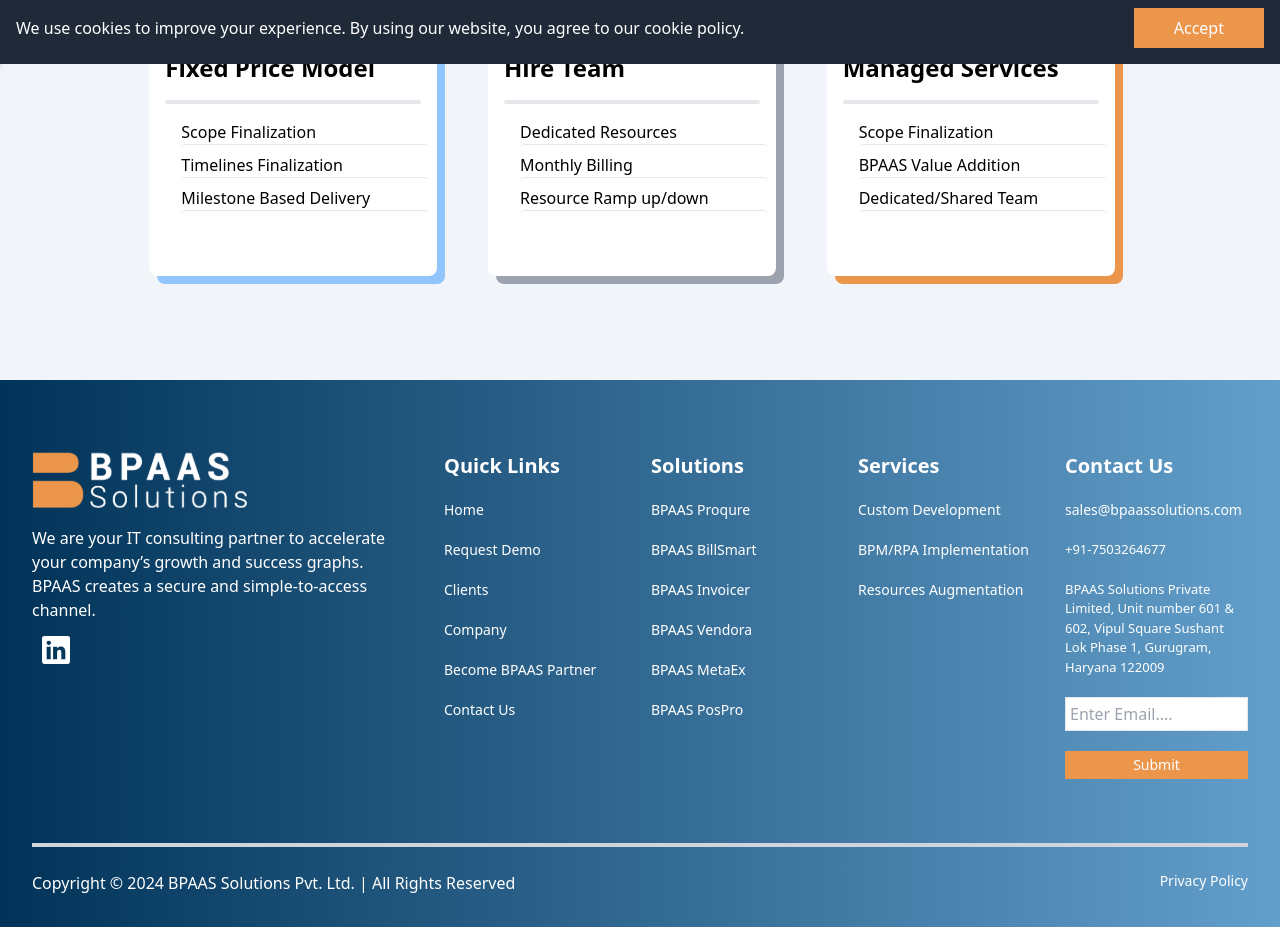
Repository: captainalpha/BP-Website
Page: /services/bp-services
An editor plug-in stored every save of this project. The page is shown before and after the next save, followed by the edit.
The browser window is 1280 px wide. The pictures show the part of the page from y = 656 to 1603 px (the page is 1583 px tall before and 1603 px after).
The project was rebuilt for these pictures with package versions that can differ from the ones it lists, and the page was loaded fresh each time. The framework's server and built-in components were replaced by stand-ins that run in the browser. Also part of the build but not shown: next.config.js, components/common/TopBanner.js, components/common/SectionHeader.js.

Above is the page before, as saved 2024-08-13 14:58:39.

### pages/_app.js
import Navbar from "../components/common/Navbar";
import "../styles/globals.css";
import Footer from "../components/common/Footer";

import "swiper/css";
import "swiper/css/navigation";
import "swiper/css/pagination";



import { motion, AnimatePresence } from "framer-motion";
import CookiesMain from "../components/common/CookiesMain";

// import styles from './slider.module.scss'
function MyApp({ Component, pageProps, router }) {
  const spring = {
    type: "spring",
    damping: 20,
    stiffness: 100,
    when: "afterChildren",
  };
  return (
    <>
      <div className="z-50 scroll-smooth">
        <Navbar />
      </div>
      <AnimatePresence>
        <div className="page-transition-wrapper">
          <motion.div
            transition={spring}
            key={router.pathname}
            initial={{ y: -300, opacity: 0 }}
            animate={{ y: 0, opacity: 1 }}
            exit={{ y: 300, opacity: 0 }}
            id="page-transition-container"
          >
            <Component {...pageProps} /> <Footer />{" "}
            <CookiesMain/>
          </motion.div>
        </div>
      </AnimatePresence>
    </>
  );
}

export default MyApp;

### pages/services/bp-services.js
import TopBanner from "../../components/common/TopBanner";
import SectionHeader from "../../components/common/SectionHeader";
import TopBanner2 from "../../components/common/TopBanner2";
import Image from "next/image";

function BpServices() {
  return (
    <div>
      <div className="relative">
        <TopBanner2
          image={"/images/policy-service2.jpg"}
          title="Privacy Policy"
          discription="This Privacy Policy explains how we collect, use, disclose, and safeguard your information when you visit our website."
          btnShow={false}
        />
        <div className="absolute top-[1em] right-[10em]">
          <Image
            src="/images/privacypolicy2.png"
            className="w-1/2 mx-auto"
            width="500"
            height="500"
            alt="customer-developement"
          />
        </div>
      </div>


      <div className=" bg-slate-100  pt-5">
        <div className="container mx-auto max-w-5xl">
          <div className="space-y-10 sm:space-y-0 sm:grid sm:grid-cols-2 lg:grid-cols-3 md:gap-10 px-12 pb-12 pt-6 sm:p-6 lg:pb-24 justify-center items-center">
            <div className="relative">
              <div className="bg-blue-300 w-72 h-60 rounded-lg mx-auto">
                <div className="bg-white w-72 h-60 -m-2 hover:m-0 absolute rounded-lg shadow-lg hover:shadow-2xl transition-all duration-150 ease-out hover:ease-in ">
                  <h1 className="m-4 text-lg md:text-2xl font-bold">
                    Fixed Price Model
                  </h1>
                  <hr className="m-4 rounded-2xl border-t-4" />
                  <ul className="list-none hover:list-disc ml-6 px-2">
                    <li className="font-medium">Scope Finalization </li>
                    <hr className="pb-2 rounded-2xl border-t-1" />
                    <li className="font-medium">Timelines Finalization </li>
                    <hr className="pb-2 rounded-2xl border-t-1" />
                    <li className="font-medium">Milestone Based Delivery </li>
                    <hr className="pb-2 rounded-2xl border-t-1" />
                  </ul>
                </div>
              </div>
            </div>

            <div className="relative">
              <div className="bg-gray-400 w-72 h-60 rounded-lg mx-auto">
                <div className="bg-white w-72 h-60 -m-2 hover:m-0 absolute rounded-lg shadow-lg hover:shadow-2xl transition-all duration-150 ease-out hover:ease-in ">
                  <h1 className="m-4 text-lg md:text-2xl font-bold">
                    Hire Team
                  </h1>
                  <hr className="m-4 rounded-2xl border-t-4" />
                  {/* <p className="m-4 text-sm">Lorem Ipsum is slechts een proeftekst uit het drukkerij- en zetterijwezen. Lorem Ipsum is de standaard proeftekst in deze bedrijfstak sinds de 16e eeuw, toen een onbekende drukker een zethaak</p> */}
                  <ul className="list-none hover:list-disc ml-6 px-2">
                    <li className="font-medium">Dedicated Resources </li>
                    <hr className="pb-2 rounded-2xl border-t-1" />
                    <li className="font-medium">Monthly Billing</li>
                    <hr className="pb-2 rounded-2xl border-t-1" />
                    <li className="font-medium">Resource Ramp up/down</li>
                    <hr className="pb-2 rounded-2xl border-t-1" />
                  </ul>
                </div>
              </div>
            </div>

            <div className="relative">
              <div className="bg-orange w-72 h-60 rounded-lg mx-auto">
                <div className="bg-white w-72 h-60 -m-2 hover:m-0 absolute rounded-lg shadow-lg hover:shadow-2xl transition-all duration-150 ease-out hover:ease-in ">
                  <h1 className="m-4 text-lg md:text-2xl font-bold">
                    Managed Services
                  </h1>
                  <hr className="m-4 rounded-2xl border-t-4" />
                  {/* <p className="m-4 text-sm">Lorem Ipsum is slechts een proeftekst uit het drukkerij- en zetterijwezen. Lorem Ipsum is de standaard proeftekst in deze bedrijfstak sinds de 16e eeuw, toen een onbekende drukker een zethaak</p> */}
                  <ul className="list-none hover:list-disc ml-6 px-2">
                    <li className="font-medium">Scope Finalization </li>
                    <hr className="pb-2 rounded-2xl border-t-1" />
                    <li className="font-medium">BPAAS Value Addition</li>
                    <hr className="pb-2 rounded-2xl border-t-1" />
                    <li className="font-medium">Dedicated/Shared Team</li>
                    <hr className="pb-2 rounded-2xl border-t-1" />
                  </ul>
                </div>
              </div>
            </div>
          </div>
        </div>
      </div>
    </div>
  );
}

export default BpServices;

### styles/globals.css
@tailwind base;
@tailwind components;
@tailwind utilities;

.mySwiper {
  padding: 0 3rem;
}
.swiper-button-next {
  color: white;
  font-size: 20px !important;
}
.swiper-button-prev {
  color: white;
  font-size: 20px !important;
}
.swiper-button-prev:after {
  color: white;
  font-size: 20px !important;
}
.swiper-button-next:after {
  color: white;
  font-size: 20px !important;
}
.container-bpaas{
  max-width: 1100px;
}

/* .swiper-button-prev {

  background-image: url("data:[embedded picture, 251 characters]");
} */
.swiper-button-prev:after {

  border: 2px solid white;
  border-radius: 30%;
  /* width: 25%; */
  background: #ec964c;
  padding: 20%;
}
/* .swiper-button-next {
  background-image: url("data:[embedded picture, 251 characters]");
} */
.swiper-button-next:after {

  border: 2px solid white;
  border-radius: 30%;
  /* width: 25%; */
  background: #ec964c;
  padding: 20%;
}

@media only screen and (max-width: 600px) {
  .swiper-button-next:after {
    display: none;
  }
}
@media only screen and (max-width: 600px) {
  .swiper-button-prev:after {
    display: none;
  }
}




/*OEM Modal */
@layer utilities {
  @keyframes modalOpen {
    0% {
      clip-path: polygon(0 0, 0 0, 0 100%, 0 100%);
      opacity: 0;
    }
    100% {
      clip-path: polygon(0 0, 100% 0, 100% 100%, 0 100%);
      opacity: 1;
    }
  }

  @keyframes modalClose {
    0% {
      clip-path: polygon(0 0, 100% 0, 100% 100%, 0 100%);
      opacity: 1;
    }
    100% {
      clip-path: polygon(50% 0, 50% 0, 50% 100%, 50% 100%);
      opacity: 0;
    }
  }

  .animate-modalOpen {
    animation: modalOpen 0.5s forwards;
  }

  .animate-modalClose {
    animation: modalClose 0.5s forwards;
  }

  .custom-aspect-ratio {
    box-shadow: rgba(149, 157, 165, 0.2) 0px 8px 24px;
    aspect-ratio: 3 / 2;
  }
}

### components/common/Footer.js
import Image from "next/image";
import Link from "next/link";

export default function Footer() {
  return (
    <footer className=" bg-gradient-to-r from-primary to-secondary text-white p-5 md:p-8">
      <div className="  py-10 ">
        <div className="lg:grid lg:grid-cols-9 gap-5">
          <div className="w-full  lg:col-span-3">
            <div className=" space-y-3">
              <div className="">
                <Image
                  alt=""
                  src={require("../../assets/bpass-logo-white.svg")}
                />
              </div>

              <p className="max-w-sm mt-4 ">
                We are your IT consulting partner to accelerate your company’s
                growth and success graphs. BPAAS creates a secure and
                simple-to-access channel.
              </p>

              <div className="flex mt-4 ">
                <a
                  href="https://www.linkedin.com/company/bpaas-solutions-pvt-ltd/"
                  className="mx-2 "
                  aria-label="Linkden"
                >
                  <svg className="w-8 h-8 fill-current" viewBox="0 0 512 512">
                    <path d="M444.17,32H70.28C49.85,32,32,46.7,32,66.89V441.61C32,461.91,49.85,480,70.28,480H444.06C464.6,480,480,461.79,480,441.61V66.89C480.12,46.7,464.6,32,444.17,32ZM170.87,405.43H106.69V205.88h64.18ZM141,175.54h-.46c-20.54,0-33.84-15.29-33.84-34.43,0-19.49,13.65-34.42,34.65-34.42s33.85,14.82,34.31,34.42C175.65,160.25,162.35,175.54,141,175.54ZM405.43,405.43H341.25V296.32c0-26.14-9.34-44-32.56-44-17.74,0-28.24,12-32.91,23.69-1.75,4.2-2.22,9.92-2.22,15.76V405.43H209.38V205.88h64.18v27.77c9.34-13.3,23.93-32.44,57.88-32.44,42.13,0,74,27.77,74,87.64Z" />
                  </svg>
                </a>

                {/* <a href="/contact-us" className="mx-2 " aria-label="Facebook">
                  <svg className="w-4 h-4 fill-current" viewBox="0 0 512 512">
                    <path d="M455.27,32H56.73A24.74,24.74,0,0,0,32,56.73V455.27A24.74,24.74,0,0,0,56.73,480H256V304H202.45V240H256V189c0-57.86,40.13-89.36,91.82-89.36,24.73,0,51.33,1.86,57.51,2.68v60.43H364.15c-28.12,0-33.48,13.3-33.48,32.9V240h67l-8.75,64H330.67V480h124.6A24.74,24.74,0,0,0,480,455.27V56.73A24.74,24.74,0,0,0,455.27,32Z" />
                  </svg>
                </a>

                <a href="/contact-us" className="mx-2 " aria-label="Twitter">
                  <svg className="w-4 h-4 fill-current" viewBox="0 0 512 512">
                    <path d="M496,109.5a201.8,201.8,0,0,1-56.55,15.3,97.51,97.51,0,0,0,43.33-53.6,197.74,197.74,0,0,1-62.56,23.5A99.14,99.14,0,0,0,348.31,64c-54.42,0-98.46,43.4-98.46,96.9a93.21,93.21,0,0,0,2.54,22.1,280.7,280.7,0,0,1-203-101.3A95.69,95.69,0,0,0,36,130.4C36,164,53.53,193.7,80,211.1A97.5,97.5,0,0,1,35.22,199v1.2c0,47,34,86.1,79,95a100.76,100.76,0,0,1-25.94,3.4,94.38,94.38,0,0,1-18.51-1.8c12.51,38.5,48.92,66.5,92.05,67.3A199.59,199.59,0,0,1,39.5,405.6,203,203,0,0,1,16,404.2,278.68,278.68,0,0,0,166.74,448c181.36,0,280.44-147.7,280.44-275.8,0-4.2-.11-8.4-.31-12.5A198.48,198.48,0,0,0,496,109.5Z" />
                  </svg>
                </a> */}
              </div>
            </div>
          </div>

          <div className="mt-6 lg:mt-0 lg:flex-1 lg:col-span-6">
            <div className="grid grid-cols-2 gap-6 sm:grid-cols-3 md:grid-cols-4">
              <div className="space-y-5">
                <h3 className="text-xl font-bold ">Quick Links</h3>
                <Link passHref href="/">
                  <a className="block  text-sm  hover:underline hover:text-orange">
                    Home
                  </a>
                </Link>

                <Link passHref href="/request-demo">
                  <a className="block  text-sm  hover:underline hover:text-orange">
                    Request Demo
                  </a>
                </Link>
                <Link passHref href="/clients">
                  <a className="block  text-sm  hover:underline hover:text-orange">
                    Clients
                  </a>
                </Link>
                <Link passHref href="/about-us">
                  <a className="block  text-sm  hover:underline hover:text-orange">
                    Company
                  </a>
                </Link>
                <Link passHref href="/become-partner">
                  <a className="block  text-sm  hover:underline hover:text-orange">
                    Become BPAAS Partner
                  </a>
                </Link>
                <Link passHref href="/contact-us">
                  <a className="block  text-sm  hover:underline hover:text-orange">
                    Contact Us
                  </a>
                </Link>
              </div>

              <div className="space-y-5">
                <h3 className="text-xl font-bold">Solutions</h3>
                <Link passHref href="/solutions/bpaas-proqure">
                  <a className="block  text-sm  hover:underline hover:text-orange">
                    BPAAS Proqure
                  </a>
                </Link>
                <Link passHref href="/solutions/bpaas-billsmart">
                  <a className="block  text-sm  hover:underline hover:text-orange">
                    BPAAS BillSmart
                  </a>
                </Link>
                <Link passHref href="/solutions/bpaas-invoicer">
                  <a className="block  text-sm  hover:underline hover:text-orange">
                    BPAAS Invoicer
                  </a>
                </Link>
                <Link passHref href="/solutions/bpaas-vendora">
                  <a className="block  text-sm  hover:underline hover:text-orange">
                    BPAAS Vendora
                  </a>
                </Link>
                {/* <Link passHref href="/solutions/bpaas-smartex">
                  <a className="block  text-sm  hover:underline hover:text-orange">
                    BPAAS SmartEx
                  </a>
                </Link> */}
                <a
                  className="block  text-sm  hover:underline hover:text-orange"
                  href="https://metasolve.io/"
                  target="_blank"
                  rel="noreferrer"
                >
                  BPAAS MetaEx
                </a>
                <Link passHref href="/solutions/bpaas-pospro">
                  <a className="block  text-sm  hover:underline hover:text-orange">
                    BPAAS PosPro
                  </a>
                </Link>
              </div>

              <div className="space-y-5">
                <h3 className=" text-xl font-bold  ">Services</h3>

                <Link passHref href="/services/custom-development">
                  <a className="block  text-sm  hover:underline hover:text-orange">
                    Custom Development
                  </a>
                </Link>
                <Link passHref href="/services/bpm-rpa-implementation">
                  <a className="block  text-sm  hover:underline hover:text-orange">
                    BPM/RPA Implementation
                  </a>
                </Link>
                <Link passHref href="/services/resource-augmentation">
                  <a className="block  text-sm  hover:underline hover:text-orange">
                    Resources Augmentation
                  </a>
                </Link>
              </div>

              <div className="space-y-5">
                <h3 className=" text-xl font-bold ">Contact Us</h3>
                {/* <span className="block  text-sm  hover:underline hover:text-orange">
                  abhishek.kumar@bpaassolutions.com
                </span> */}
                <span className="block  text-sm  hover:underline hover:text-orange">
                  sales@bpaassolutions.com
                </span>
                <span className="block  text-[13px]  hover:underline hover:text-orange">
                  +91-7503264677
                </span>
                <span className="block  text-[13px]  hover:underline hover:text-orange">
                  BPAAS Solutions Private Limited, Unit number 601 & 602, Vipul
                  Square Sushant Lok Phase 1, Gurugram, Haryana 122009
                </span>
                <input
                  className="block p-1 outline-none border text-black w-full"
                  placeholder="Enter Email...."
                />
                <button className="text-sm bg-orange px-2 py-1 w-full">
                  Submit
                </button>
              </div>
            </div>
          </div>
        </div>
      </div>
      <hr className="h-1 w-full my-6 bg-gray-300 border-none " />

      <div className="flex justify-between">
        <div>
          <p className="text-center text-white">
            Copyright © 2024 BPAAS Solutions Pvt. Ltd. | All Rights Reserved
          </p>
        </div>
        <div>
          <Link passHref href="/services/bp-services">
            <a className="block  text-sm  hover:underline hover:text-orange">
            Privacy Policy
            </a>
          </Link>
        </div>
      </div>
    </footer>
  );
}

### components/common/CookiesMain.js
import { useState, useEffect } from 'react';
import Cookies from 'js-cookie';


const CookiesMain = () => {
    const [showBanner, setShowBanner] = useState(false);

  useEffect(() => {
    const consent = Cookies.get('cookie-consent');
    if (!consent) {
      setShowBanner(true);
    }
  }, []);

  const acceptCookies = () => {
    Cookies.set('cookie-consent', 'true', { expires: 365 });
    setShowBanner(false);
  };

  if (!showBanner) return null;
  return (
    <>

    <div className="fixed bottom-0 left-0 right-0 bg-gray-800 text-white p-4 flex justify-between items-center z-50">
      <span>We use cookies to improve your experience. By using our website, you agree to our cookie policy.</span>
      <button
        onClick={acceptCookies}
        className="bg-orange text-white px-4 md:px-10 py-2"
      >
        Accept
      </button>
    </div>

    </>
  )
}
export default CookiesMain

### components/common/TopBanner2.js
import Link from "next/link";
function TopBanner2({ image, title, discription, onClick,btnShow}) {
  return (
    <div
      style={{ backgroundImage: `url(${image})` }}
      className={`lg:h-[80vh] h-[60vh] mt-20 w-full text-white flex p-10 items-center bg-no-repeat bg-cover `}
    >
      <div className="space-y-4 lg:w-1/2  md:text-left">
        <h1 className="lg:text-5xl text-3xl font-bold capitalize ">{title}</h1>
        <p className="w-full lg:text-xl lg:text-justify tracking-tighter">
          {discription}
        </p>
    {btnShow&&(
        <Link passHref href="/request-demo">
          <button className="px-8 py-2  border-white border-2 hover:bg-orange font-medium text-xl">
            Request Demo
          </button>
        </Link>
    )}
      </div>
    </div>
  );
}

export default TopBanner2;

### tailwind.config.js
module.exports = {
  content: [
    "./pages/**/*.{js,ts,jsx,tsx}",
    "./components/**/*.{js,ts,jsx,tsx}",
  ],
  theme: {
    extend: {
      keyframes: {
        modalOpen: {
          '0%': { transform: 'scale(0)', opacity: 0 },
          '100%': { transform: 'scale(1)', opacity: 1 },
        },
        modalClose: {
          '0%': { transform: 'scale(1)', opacity: 1 },

        },
        fragmentIn: {
          '0%': { opacity: 0, transform: 'translate(-50px, -50px)' },
          '100%': { opacity: 1, transform: 'translate(0, 0)' },
        },
        fragmentOut: {
          '0%': { opacity: 1, transform: 'translate(0, 0)' },
          '100%': { opacity: 0, transform: 'translate(50px, 50px)' },
        },

      },
      animation: {
        modalOpen: 'modalOpen 0.5s ease-out forwards',
        modalClose: 'modalClose 0.5s ease-in forwards',
        fragmentIn: 'fragmentIn 0.5s ease-out forwards',
        fragmentOut: 'fragmentOut 0.5s ease-in forwards',
      },
      backgroundImage: {
        "testimonial-bg": "url('/img/hero-pattern.svg')",
        "testimonial-bgs": "url('/')",
      },
      colors: {
        primary: "#013358",
        secondary: "#639FCB",
        primaryText: "#1D669C",
        orange: "#EC964C",
        glassEffect:
          "linear-gradient(105.47deg, #FFFFFF -13.63%, rgba(255, 255, 255, 0) 108.8%)",
      },
      backgroundSize: {
        "size-200": "200% 200%",
      },
      backgroundPosition: {
        "pos-0": "0% 0%",
        "pos-100": "100% 100%",
      },
    },
    variants: {
      fill: ["hover", "focus"],
    },
    boxShadow: {
      "3xl": "0 35px 60px -15px rgba(0, 0, 0, 0.3)",
    },
  },
  plugins: [],
};

Loaded but not shown: components/common/Navbar.js (726 lines, source omitted)

After the next save:
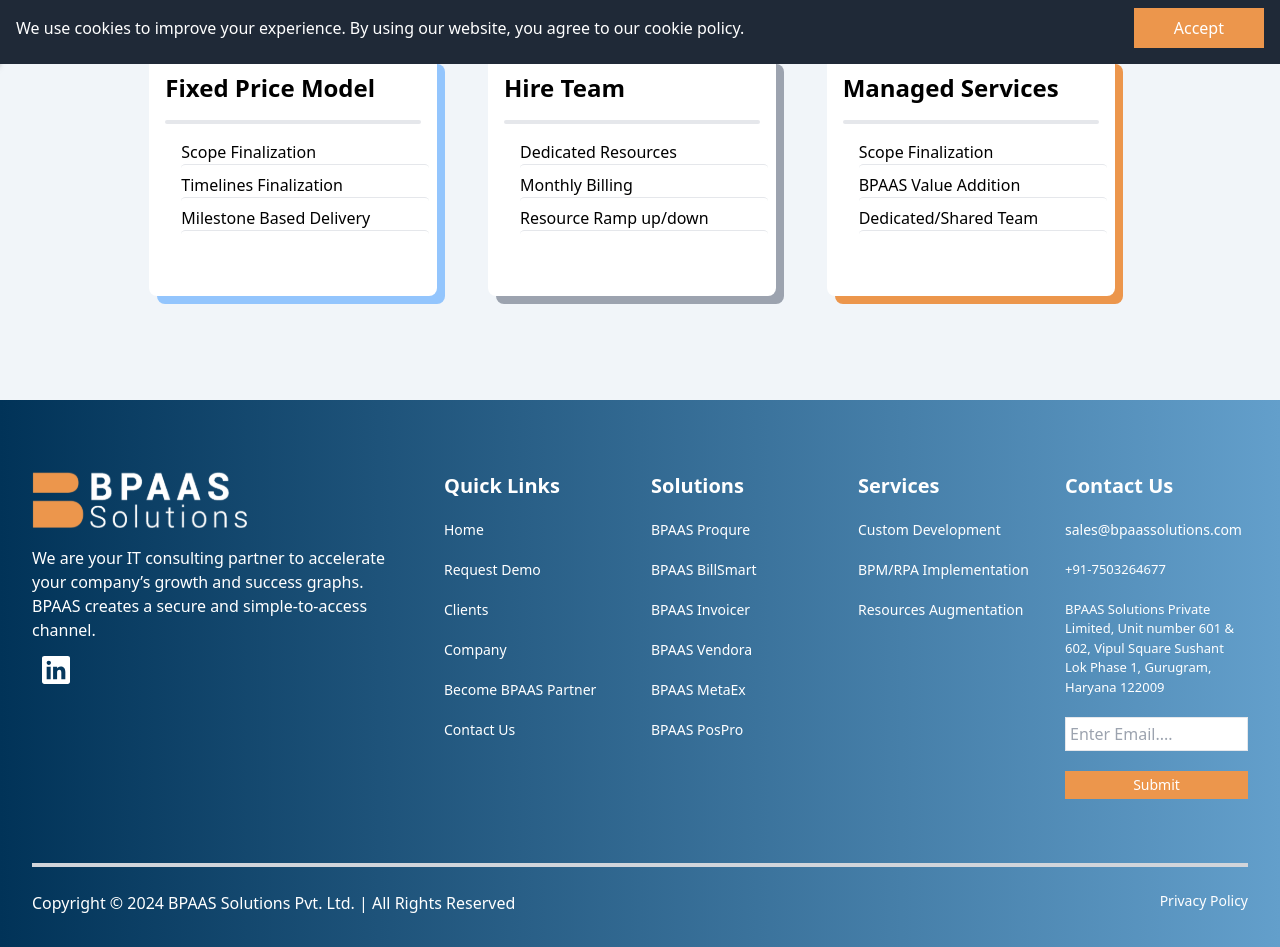
Saved 4 s later.
--- a/pages/services/bp-services.js
+++ b/pages/services/bp-services.js
@@ -25,7 +25,7 @@
       </div>
 
 
-      <div className=" bg-slate-100  pt-5">
+      <div className=" bg-slate-100  pt-10">
         <div className="container mx-auto max-w-5xl">
           <div className="space-y-10 sm:space-y-0 sm:grid sm:grid-cols-2 lg:grid-cols-3 md:gap-10 px-12 pb-12 pt-6 sm:p-6 lg:pb-24 justify-center items-center">
             <div className="relative">
